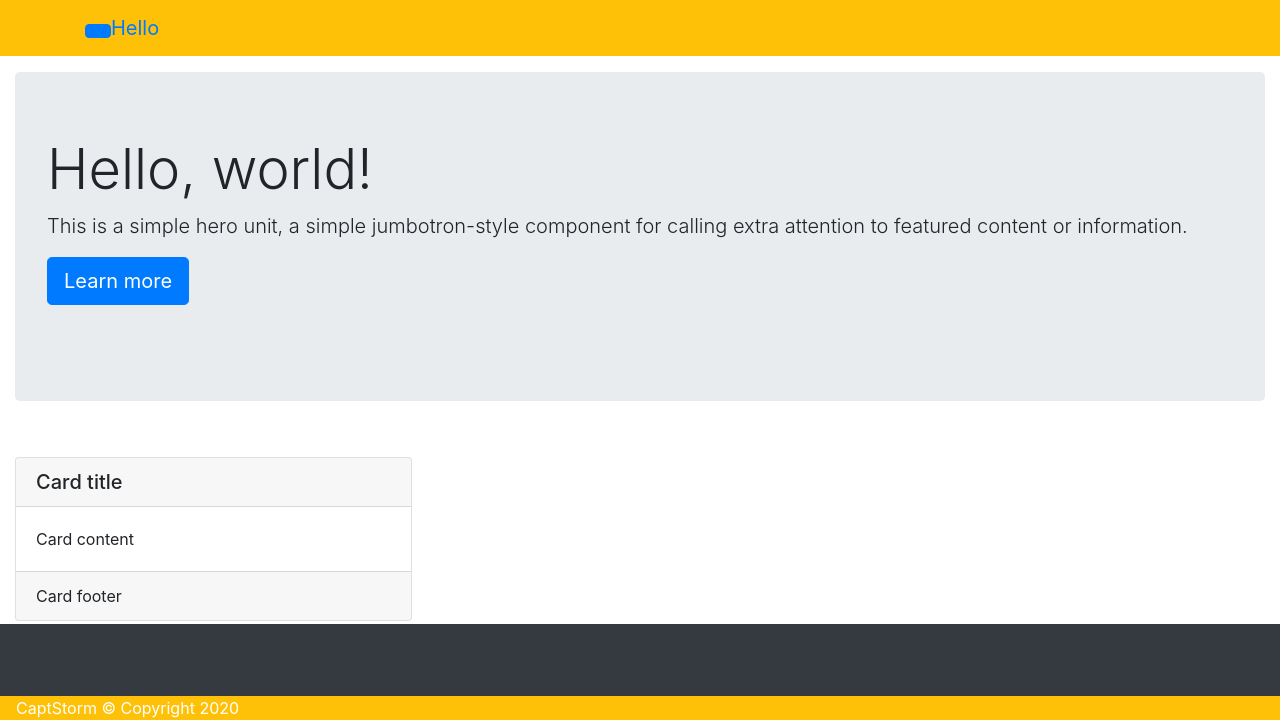
Repository: CaptainStorm21/complete-react16-bootstrap-passing-props
Page: /
The author's editor kept a copy of each file at every save. The page is drawn from the files as they stood at one save, then again after a run of saves.
The browser window is 1280 px wide. The pictures show the whole page.
The project was rebuilt for these pictures with package versions that can differ from the ones it lists, and the page was loaded fresh each time.

Above is the page before, as saved 2020-04-23 14:01:39.

After the next 2 saves:
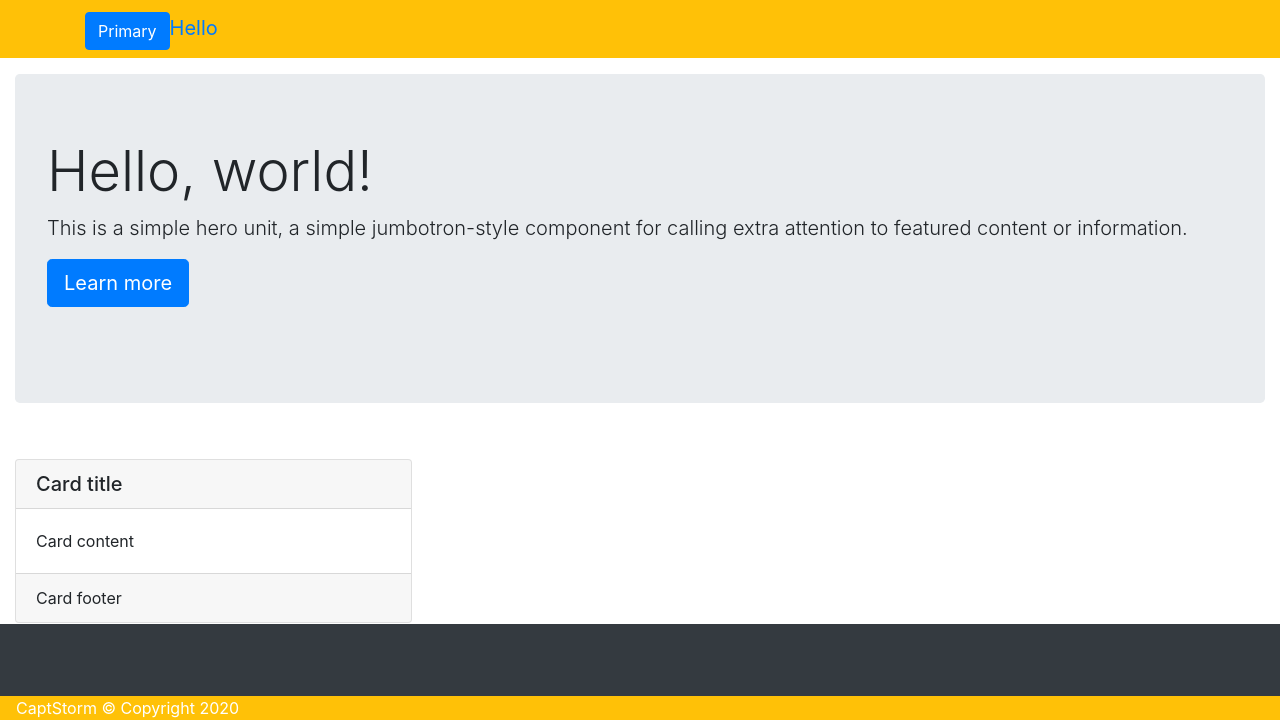
The 2 saves are shown as one change because they came seconds apart.
The last was saved 34 s later.
--- a/src/components/layout/Navbar.js
+++ b/src/components/layout/Navbar.js
@@ -7,6 +7,7 @@ function Navbar() {
  <div className="container">
       <div className="navbar-header">
         <button type="button"  className="navbar-toggle btn btn-primary" data-toggle="collapse" data-target=".navbar-ex1-collapse">
+          Primary
           <span className="sr-only">Toggle navigation</span>
           <span className="icon-bar"></span>
           <span className="icon-bar"></span>
